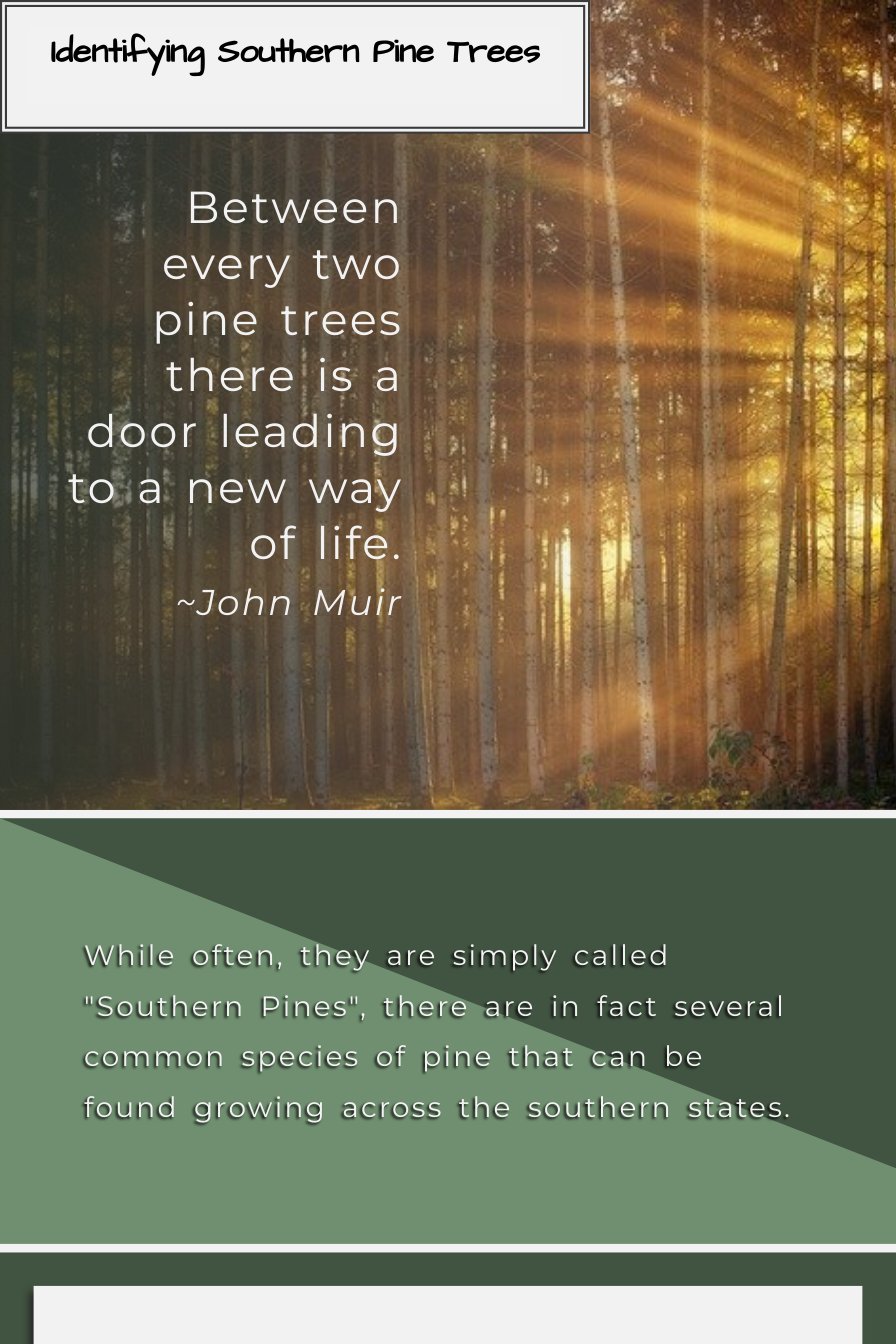
Repository: Sbethm/louisianaPineTrees
Page: pine_main.html
These files come from the project's save history. The page is drawn as it stood at one moment and after a run of saves; the edit follows.
The browser window is 1280 px wide. The pictures show the part of the page from y = 0 to 1920 px (the page is 2832 px tall), at 70% of full size.
The style sheet was rebuilt from its Sass, Less or Tailwind sources for each picture, by a compiler version that may differ from the author's.

Above is the page before, as saved 2021-09-24 11:12:43.

### pine_main.html
<!DOCTYPE html>
<html lang="en">
<head>
    <meta charset="UTF-8">
    <meta http-equiv="X-UA-Compatible" content="IE=edge">
    <meta name="viewport" content="width=device-width, initial-scale=1.0">
    <link rel="preconnect" href="https://fonts.googleapis.com">
    <link rel="preconnect" href="https://fonts.gstatic.com" crossorigin>
    <link href="https://fonts.googleapis.com/css2?family=Architects+Daughter&family=Montserrat:ital,wght@0,400;0,500;0,700;1,400;1,500;1,700&display=swap" rel="stylesheet">
    <!--
        headerFont: 'Architects Daughter', cursive;
        mainFont: 'Montserrat', sans-serif;
    -->
    <link rel="stylesheet" href="./CSS/main.css">
    <title>Louisiana Pine Trees</title>
</head>
<body>
    <header>
        <!-- <a href="#" class="logo">
            SarahMoosa
        </a> -->
        <h1>Identifying Southern Pine Trees</h1>
    </header>
    <main>
        <div class="hero-container container">
            <div class="hero__background-grad">
                <p class="hero__quote">Between every two pine trees there is a door leading to a new way of life. <br><cite>John Muir</cite></p>
            </div>
        </div>
        <div class="container triangle-bg">
            <div class="triangle-left"></div>
            <div class="triangle-right"></div>
            <p class="call-to-action">While often, they are simply called "Southern Pines", there are in fact several common species of pine that can be found growing across the southern states.
            </p>
        </div>
        <div class="questions-container container">
        </div>
        <div class="results-btn btn">
                <button>Next</button>
        </div>
        <div class="results"></div>

    </main>
    <script src="apps.js"></script>
</body>

### apps.js
const questionsArr = [
    {
        quest: "How many needles are in the bundle?",
        an: {
            a: "1",
            b: "2"
        }
    },
    {
        quest: "Blahasf?",
        an: {
            a: "trw",
            b: "fdb"
        }
    },
    {
        quest: "How many needles are in the bundle?",
        an: {
            a: "1",
            b: "2"
        }
    },
    {
        quest: "How many needles are in the bundle?",
        an: {
            a: "1",
            b: "2"
        }
    },
    {
        quest: "How many needles are in the bundle?",
        an: {
            a: "1",
            b: "2"
        }
    }
];

const questCont = document.querySelector('.questions-container');
const quest = document.querySelector('.question');
const options = document.querySelector('.options');
const nextBtn = document.querySelector('button');

let num = 0;

window.addEventListener('load', () => {

    let questVis = questionsArr[num];
    questCont.innerHTML =
                `<section class="question-wrapper">
                    <div class="question">
                        <p class="question__text">${questVis.quest}</p>
                    </div>
                    <div class="options">
                        <div class="answer"><p>${questVis.an.a}</p></div>
                        <div class="answer"><p>${questVis.an.b}</p></div>
                    </div>
                </section>
                `;

})

nextBtn.addEventListener('click', () => {
    num++;

    let questVis = questionsArr[num];
    questCont.innerHTML =
                `<section class="question-wrapper">
                    <div class="question">
                        <p class="question__text">${questVis.quest}</p>
                    </div>
                    <div class="options">
                        <div class="answer"><p>${questVis.an.a}</p></div>
                        <div class="answer"><p>${questVis.an.b}</p></div>
                    </div>
                </section>
                `;

})

### src/scss/main.scss
@import "./variables", "./mixins", "./normalize";


// ============ GLOBAL STYLES ============
*, *::before, *::after {
    box-sizing: border-box;
}

body {
    margin: 0;
    background-color: $mainColorLi;
}

header {
    position: fixed;
    top: 0;
}

h1{
    position: relative;
    margin: 0 auto;
    padding: 1em 1.5em;
    width: fit-content;
    font-family: $headerFont;
    font-size: 3rem;
    text-align: center;
    background-color: $mainColorLi;
    // border: 20px solid #3a3a3a;


    &::before {
        content: "";
        position: absolute;
        width: calc(100% - 80px);
        height: calc(100% - 41px);
        border: 40px solid #f1f1f1;
        box-sizing: content-box;
        top: 0;
        left: 0;
    }

    &::after {
        content: "";
        position: absolute;
        width: 100%;
        height: calc(100% + 40px);
        border: 10px double #3a3a3a;
        top: 0px;
        left: 0px;
    }
}

p {
    margin: 0;
    padding: 4em 3em;
    font-family: $mainFont;
    font-size: 2.5rem;
    letter-spacing: 0.2rem;
    word-spacing: 0.5rem;
    line-height: 4.5rem;
    color: $mainColorLi;
}

.container {
    background-color: $mainColorDr;
}

// ============ HERO STYLES ============
.hero-container {
    background-image: url(../img/forest-pine.jpg);
    background-repeat: no-repeat;
    background-size: cover;
    border-bottom: 12px solid $mainColorLi;
}

.hero__background-grad {
    background: linear-gradient(90deg, rgba(57,64,53,0.7721463585434174) 0%, rgba(242,242,242,0.19791666666666663) 66%, rgba(242,242,242,0) 100%);
}

.hero__quote {
    padding: 4em 1em;
    width: 50%;
    text-align: right;
    font-size: 4rem;
    line-height: 5rem;
    letter-spacing: 0.2rem;
    word-spacing: 0.5rem;

    & cite {
        font-size: 0.8em;

        &::before {
            content: "~";
        }
    }
}


// ============ CALL-TO-ACTION STYLES ============
.call-to-action {
    border-bottom: 12px solid $mainColorLi;
}

.triangle-bg {
    display: grid;
    grid-template-columns: 100vw;
    grid-template-rows: 100%;
    align-content: center;

    & p {
        grid-row: 1 / 1;
        grid-column: 1 / 1;
        text-shadow: -3px 3px 4px #020202;
    }

    & .triangle-left{
        grid-row: 1 / 1;
        grid-column: 1 / 1;
        border-style: solid;
        border-width: 500px 0 0 100vw;
        border-color: transparent transparent transparent $acColorLi;
    }
}

.questions-container{
    padding: 3em;
    background-color: $mainColorDr;

}

.question-wrapper {
    background-color: $mainColorLi;
    box-shadow: -7px 9px 10px 0px #272626;

    & .question__text {
        padding-bottom: 0;
        font-weight: 700;
        text-align: center;
        color: $acColorLi;
    }
}

.options {
    display: flex;
    flex-direction: row;
    justify-content: center;
}

.answer {
    margin: 6em;
    padding: 0;
    width: fit-content;
    min-width: 150px;
    border-radius: 100px;
    box-shadow: -5px 5px 10px 0px #696767;
    @include transition(all .3s ease);

    & p {
        padding: 1em 2em;
        text-align: center;
        font-weight: 600;
        color: $acColorLi;
    }

    &:hover, :focus {
        background-color: #f8cb6b;
        box-shadow: -5px 5px 10px 0px #696767;
    }
}

.results-btn {
    display: flex;
    justify-content: center;
    background-color: $mainColorDr;
}

button {
    margin: 1em 0 2em 0;
    padding: 1em 3em;
    font-family: $mainFont;
    font-size: 3rem;
    letter-spacing: 0.2rem;
    font-weight: 700;
    color: $acColorLi;
    border-radius: 100px;
    box-shadow: -7px 9px 10px 0px #272626;
}




//This code was used to cause grid items to over lap. It worked very well, but I think it is unnecessary and bulkier code than I need for the result that I want.
// .intro-container {
//     display: grid;
//     grid-template-columns: 50% 50%;
//     grid-auto-rows: 100%;

//     & img {
//         grid-column: 1/3;
//         grid-row: 1;
//         display: inline;
//         max-width: 100%;
//         z-index: 1;
//     }

//     & .quote {
//         grid-column: 2/3;
//         grid-row: 1;
//         align-self: center;
//         z-index: 9;
//     }
// }

### src/scss/_variables.scss
//COLORS
$mainColorDr: hsl(120, 12%, 29%);
$mainColorLi: hsl(0, 0%, 95%);
$acColorLi: hsl(120, 12%, 50%);
$acColorDr: hsl(0, 0%, 5%);

//FONTS
$headerFont: 'Architects Daughter', cursive;
$mainFont: 'Montserrat', sans-serif;

### src/scss/_mixins.scss
// ====== Transitions ======

@mixin transition($args...) {
    transition: $args;
}


// ====== Transitions ======
// ====== Transitions ======
// ====== Transitions ======

Loaded but not shown: src/scss/_normalize.scss (common file)

After the next 6 saves:
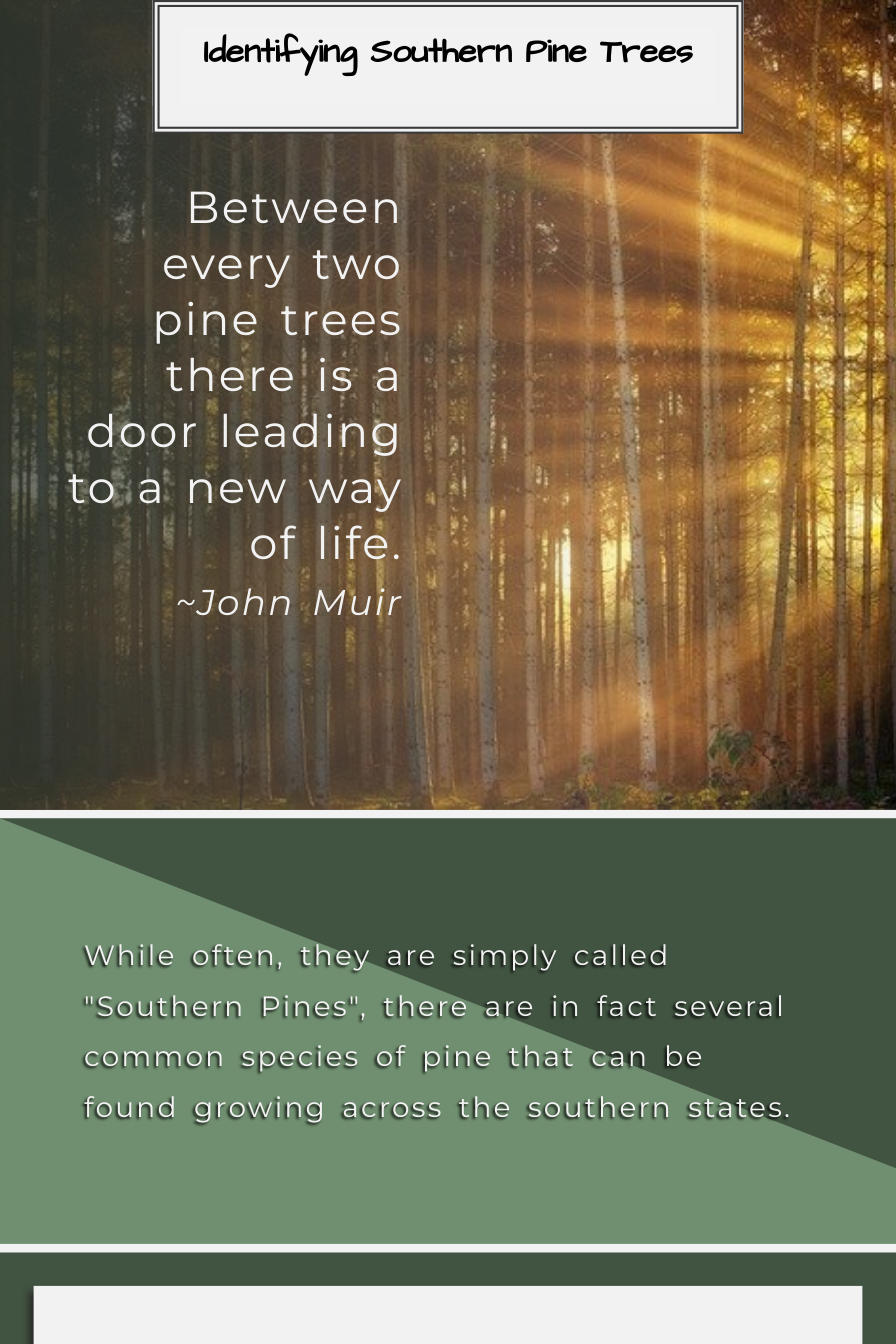
The 6 saves are shown as one change because they came seconds apart.
The last was saved 22 s later.
--- a/src/scss/main.scss
+++ b/src/scss/main.scss
@@ -14,6 +14,7 @@
 header {
     position: fixed;
     top: 0;
+    width: 100vw;
 }
 
 h1{

After the 6 saves that followed:
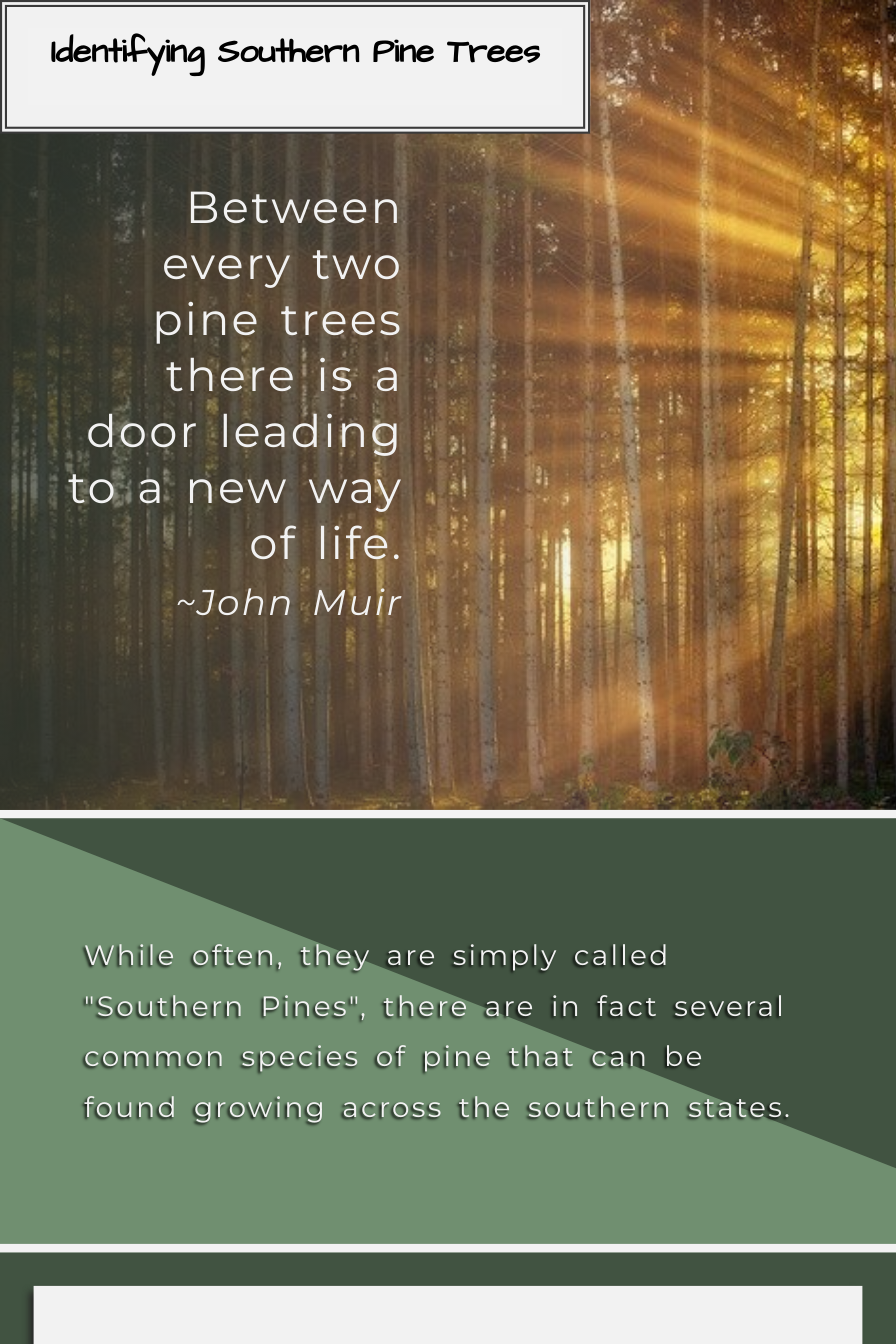
The 6 saves are shown as one change because 1 left the picture as it was and some came seconds apart.
The last was saved 40 s later.
--- a/src/scss/main.scss
+++ b/src/scss/main.scss
@@ -14,7 +14,7 @@
 header {
     position: fixed;
     top: 0;
-    width: 100vw;
+    background-color: $mainColorLi;
 }
 
 h1{
